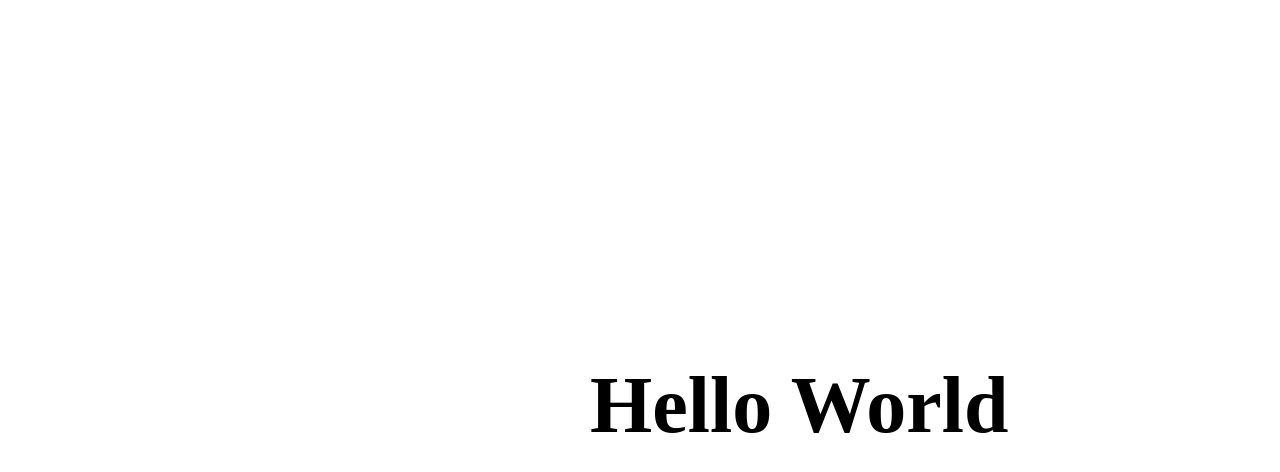
Repository: sarahlochhead/css-demo
Page: index.html
An editor plug-in stored every save of this project. The page is shown before and after the next save, followed by the edit.
The browser window is 1280 px wide. The pictures show the whole page.

Above is the page before, as saved 2023-04-28 12:07:59.

### index.html
<!DOCTYPE html>
<html lang="en">
<head>
    <meta charset="UTF-8">
    <meta http-equiv="X-UA-Compatible" content="IE=edge">
    <meta name="viewport" content="width=device-width, initial-scale=1.0">
    <title>Light It Up Demo</title>
    <link rel="stylesheet" href="styles.css">
</head>
<body>
    <header>
        <h1>Hello World</h1>
    </header>
    <svg class="small" height="100" width="100">
        <circle />
    </svg>





</body>
</html>

### styles.css
@charset "utf-8";

body {
    display: flex;
    justify-content: center;
    align-items: center;
}

h1 {
    position: absolute;
    top: 50%;
    font-size: 5rem;
    margin: 0 auto;
}

svg .small {
    height: 100;
    width: 100;
    cx: 50;
    cy: 50;
    r: 40;
    stroke: black;
    stroke-width: 3;
    fill: red;
}

After the next save:
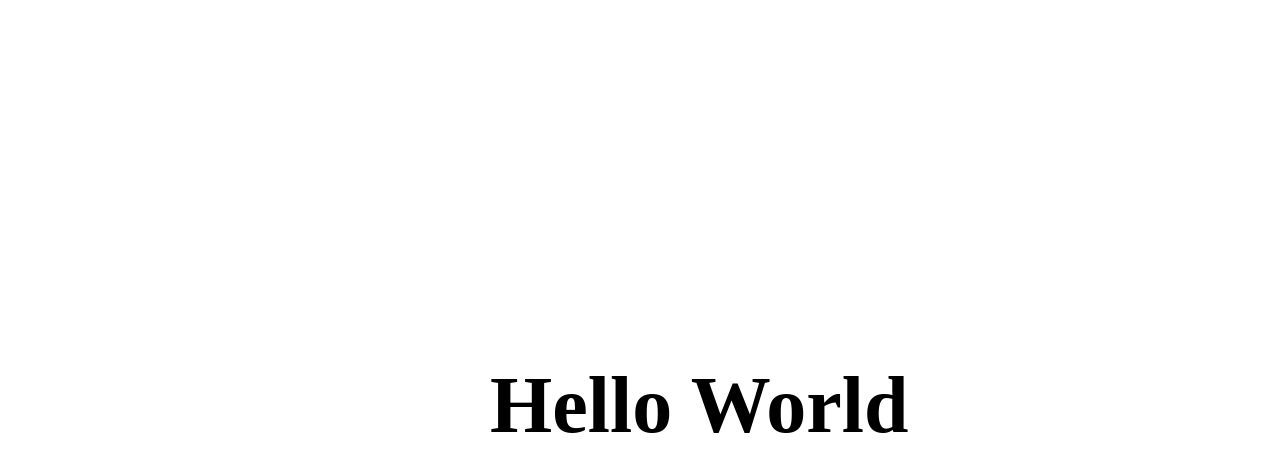
Saved 4 s later.
--- a/index.html
+++ b/index.html
@@ -11,7 +11,7 @@
     <header>
         <h1>Hello World</h1>
     </header>
-    <svg class="small" height="100" width="100">
+    <svg class="small">
         <circle />
     </svg>
 
